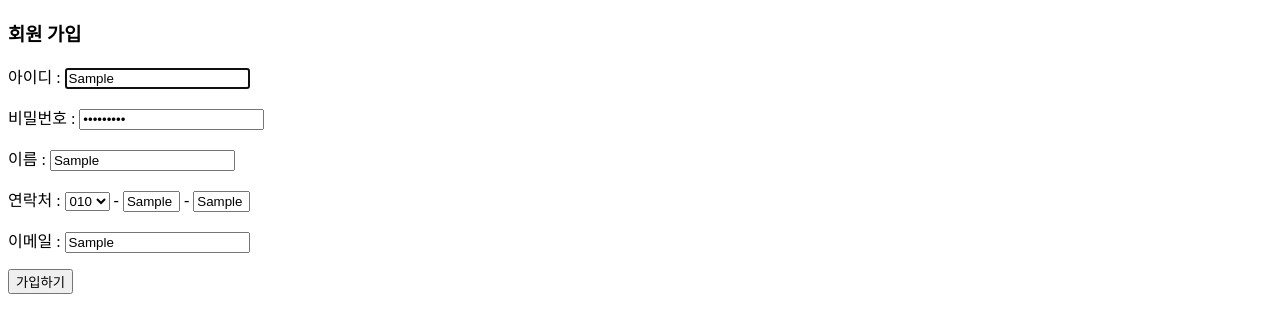
Repository: saysang22/servlet
Page: http://localhost/JSPBook/ch08/validation05.jsp
The author's editor kept a copy of each file at every save. The page is drawn from the files as they stood at one save, then again after the next save.
The browser window is 1280 px wide. The pictures show the whole page.
Empty fields were first filled with sample values (such as "Sample", 5 or name@example.com).
After loading, the first visible `input[onclick="ckfn()"]` was clicked once.
The page is served by Tomcat 10. Other server files are loaded and not shown.

Above is the page before, as saved 2024-05-31 06:10:48.

### JSPBook/src/main/webapp/ch08/validation05.jsp
<%@ page language="java" contentType="text/html; charset=UTF-8"
    pageEncoding="UTF-8"%>
<!DOCTYPE html>
<html>
<head>
<meta charset="UTF-8">
<title>유효성 검사</title>
</head>
<body onload="document.member.id.focus()">
	<h3>회원 가입</h3>
	<form method="post" action="#" name="member">
		<p>아이디 : <input type="text" name="id">
		<p>비밀번호 : <input type="password" name="passwd">
		<p>이름 : <input type="text" name="name">
		<p>연락처 :
		<select name="phone1">
			<option value="010">010</option>
			<option value="011">011</option>
			<option value="016">016</option>
			<option value="017">017</option>
			<option value="019">019</option>
		</select>
		-
		<input type="text" maxlength="4" size="4" name="phone2">
		-
		<input type="text" maxlength="4" size="4" name="phone3">
		<p>이메일 : <input type="text" name="email">
		<p><input type="button" value="가입하기" onclick="ckfn()">
	</form>

	<script>
	function ckfn() {

		let id = document.member.id;
		console.log(id.value);
		let pw = document.member.passwd;
		let name = document.member.name;
		let phone = document.member.phone1.value + "-" + document.member.phone2.value + "-" + document.member.phone3.value;
		let email = document.member.email;

		let regId = /^[a-zA-Z]$/;
		let regName = /^[가-힣]*$/;
		let regPw = /^[0-9]*$/;
		let regPhone = /^\d{3}-\d{3,4}-\d{4}$/;
		let regExpEmail = /^[0-9a-zA-Z]([-_\.]?[0-9a-zA-Z])*@[0-9a-zA-Z]([-_\.]?[0-9a-zA-Z])*\.[a-zA-Z]{2,3}$/i;


		if(!id.value.match(regId)) {
			alert("아이디는 문자로 시작해주세요오오오!");
			id.focus();
			return false;
		}

		if(!regName.test(name)) {
			alert("이름은 한글만 입력해주세요!");
			name.focus();
			return false;
		}



	}
	</script>
</body>
</html>

After the next save:
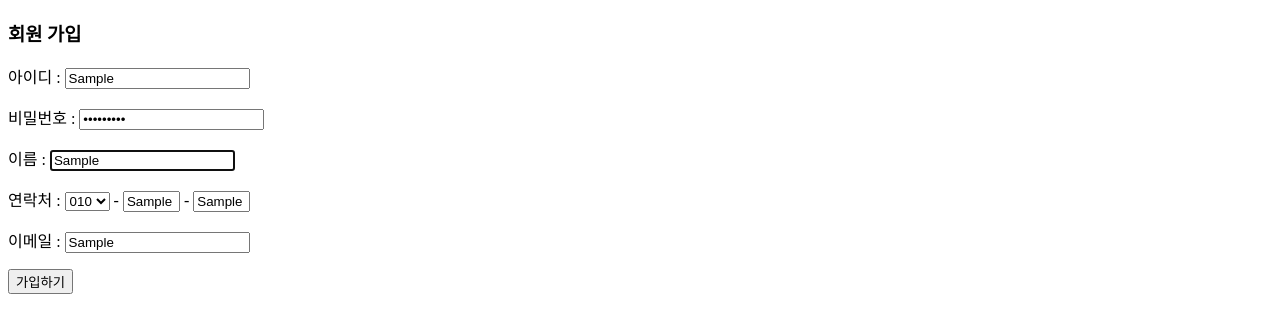
Saved 50 s later.
--- a/JSPBook/src/main/webapp/ch08/validation05.jsp
+++ b/JSPBook/src/main/webapp/ch08/validation05.jsp
@@ -45,7 +45,7 @@
 		let regExpEmail = /^[0-9a-zA-Z]([-_\.]?[0-9a-zA-Z])*@[0-9a-zA-Z]([-_\.]?[0-9a-zA-Z])*\.[a-zA-Z]{2,3}$/i;
 
 
-		if(!id.value.match(regId)) {
+		if(id.value.match(regId)) {
 			alert("아이디는 문자로 시작해주세요오오오!");
 			id.focus();
 			return false;

After the save that followed:
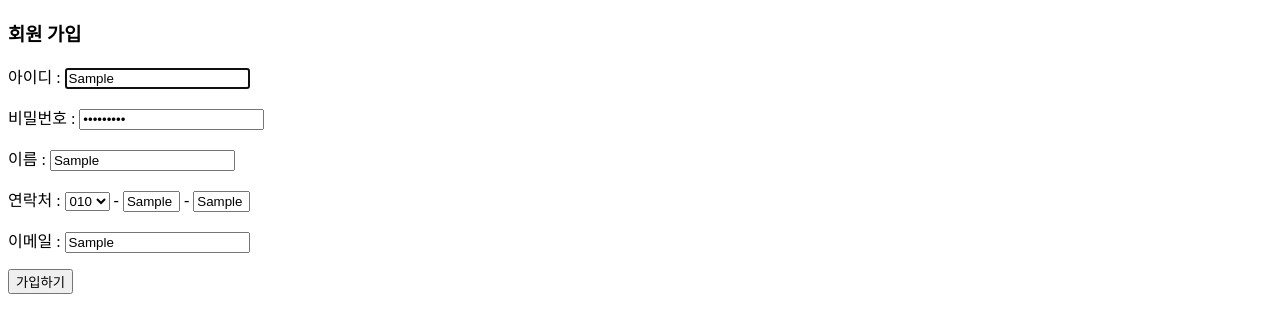
Saved 7 s later.
--- a/JSPBook/src/main/webapp/ch08/validation05.jsp
+++ b/JSPBook/src/main/webapp/ch08/validation05.jsp
@@ -51,7 +51,7 @@
 			return false;
 		}
 
-		if(!regName.test(name)) {
+		if(regName.test(name)) {
 			alert("이름은 한글만 입력해주세요!");
 			name.focus();
 			return false;
